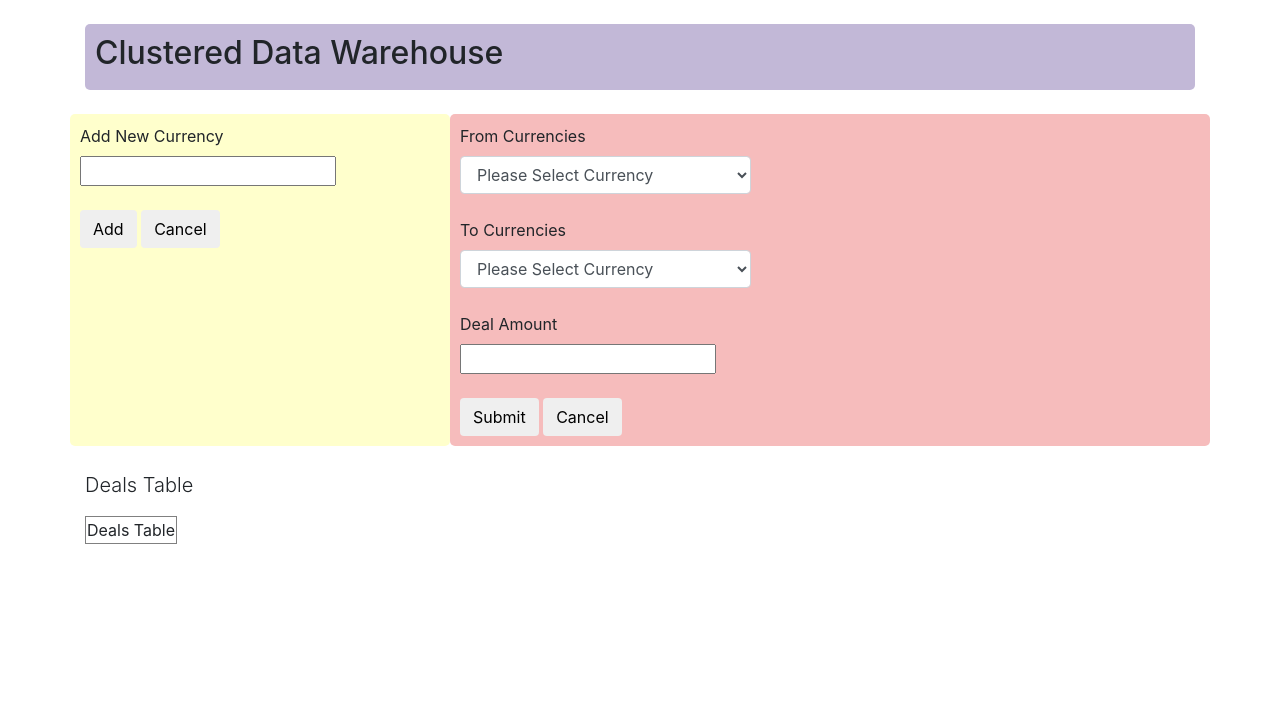
Repository: AlhassanAbuGhazaleh/ProgressSoftProject
Page: http://localhost/Clustered_Data__Alhasan_Abu_Ghazaleh_/WEB-INF/views/home.jsp
An editor plug-in stored every save of this project. The page is shown before and after the next save, followed by the edit.
The browser window is 1280 px wide. The pictures show the whole page.
The page is served by Tomcat 9. Nobody is signed in. The template is opened directly, without the code that normally fills it, so the values that code supplies are empty.

Above is the page before, as saved 2020-10-10 08:49:55.
Console error: ReferenceError: $ is not defined

After the next save:
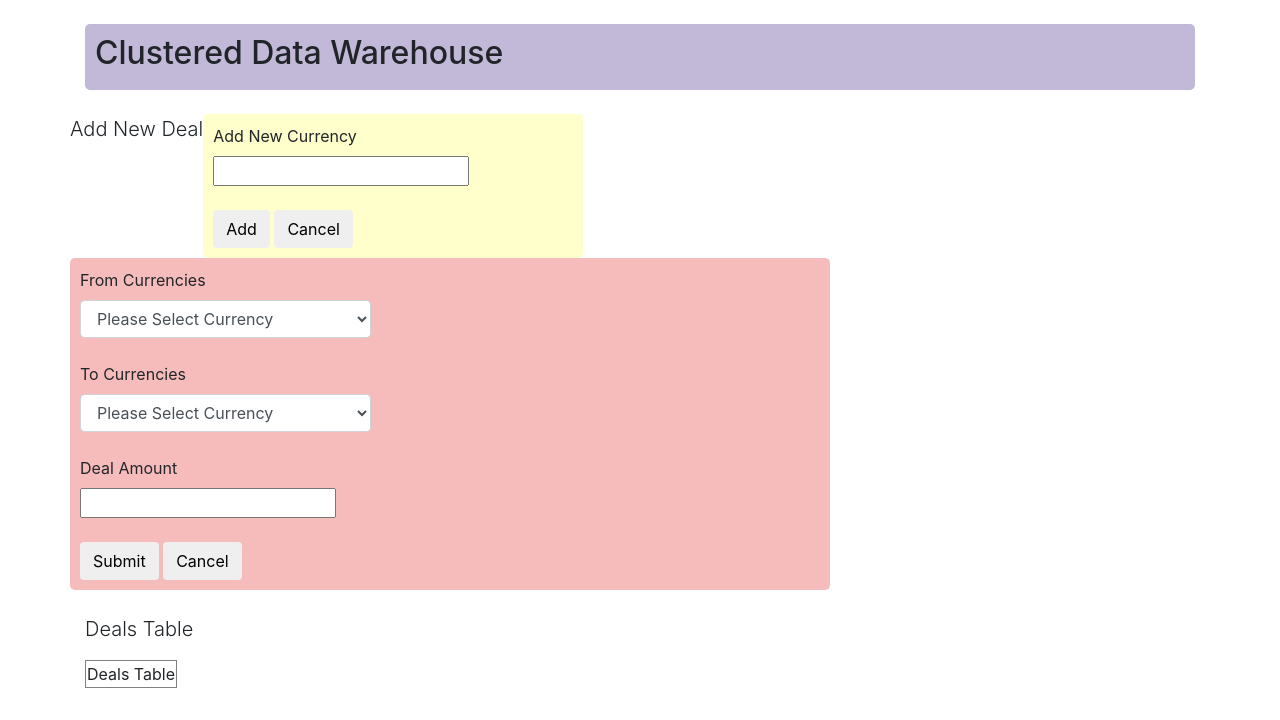
Saved 47 s later.
--- a/Clustered Data (Alhasan Abu Ghazaleh)/src/main/webapp/WEB-INF/views/home.jsp
+++ b/Clustered Data (Alhasan Abu Ghazaleh)/src/main/webapp/WEB-INF/views/home.jsp
@@ -37,6 +37,7 @@
 	<br>
 	<div class="container">
 		<div class="row">
+		<p class="lead">Add New Deal</p>
 			<div class="col-sm-4"
 				style="border-radius: 5px; background-color: #FFFFCC; padding: 10px;">
 				<form id="addCurrencyForm">

After the save that followed:
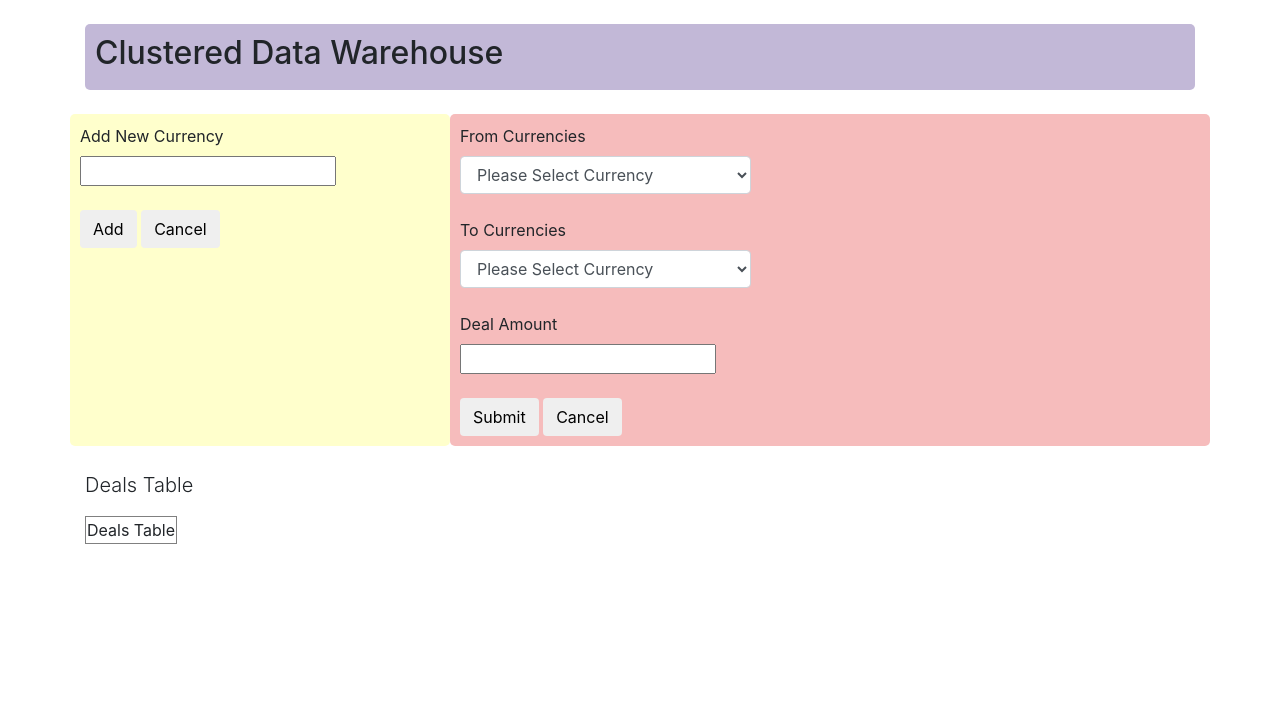
Saved 12 s later.
--- a/Clustered Data (Alhasan Abu Ghazaleh)/src/main/webapp/WEB-INF/views/home.jsp
+++ b/Clustered Data (Alhasan Abu Ghazaleh)/src/main/webapp/WEB-INF/views/home.jsp
@@ -37,7 +37,6 @@
 	<br>
 	<div class="container">
 		<div class="row">
-		<p class="lead">Add New Deal</p>
 			<div class="col-sm-4"
 				style="border-radius: 5px; background-color: #FFFFCC; padding: 10px;">
 				<form id="addCurrencyForm">
